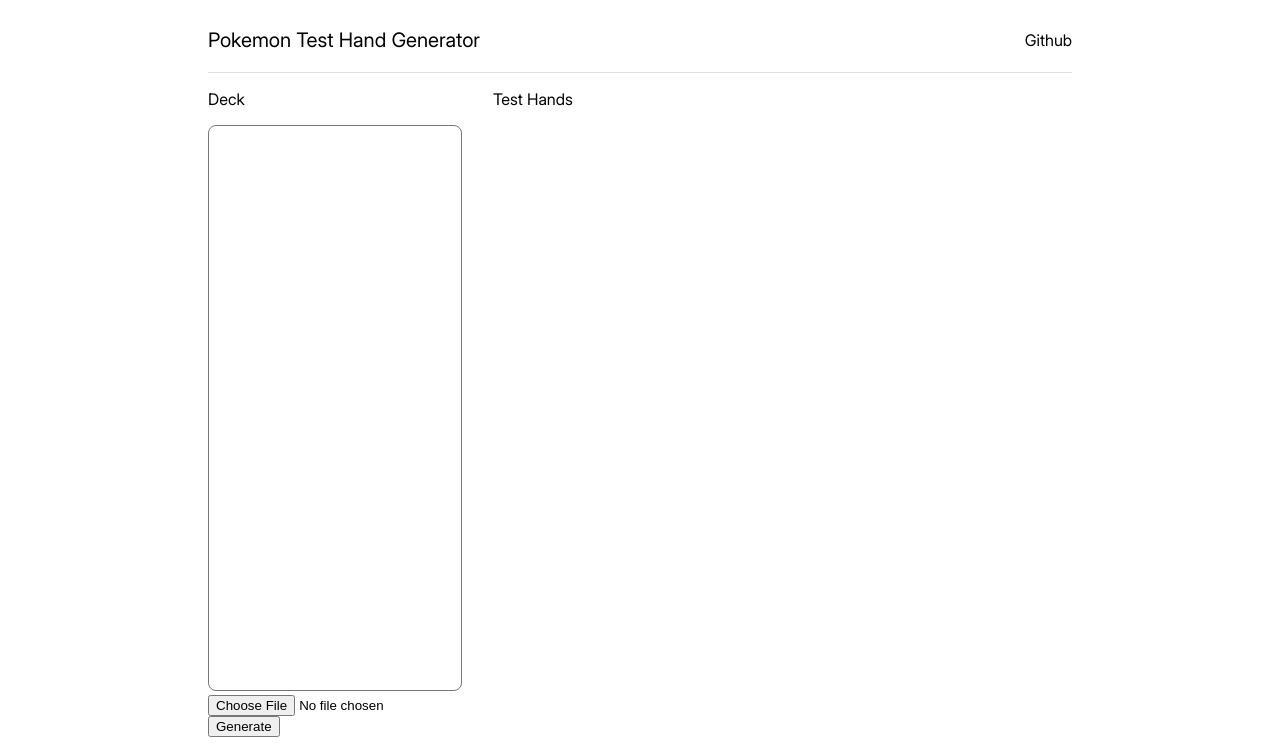
Repository: danielj1415/test-hand-simulator
Page: /
These files come from the project's save history. The page is drawn as it stood at one moment and after the next save; the edit follows.
The browser window is 1280 px wide. The pictures show the whole page.
The project was rebuilt for these pictures with package versions that can differ from the ones it lists, and the page was loaded fresh each time. Also part of the build but not shown: vite.config.ts, src/index.css.

Above is the page before, as saved 2024-10-31 22:20:23.

### src/App.tsx
import { useState, useEffect } from 'react';
import './App.css';

function App() {
  const [deckList, setDeckList] = useState({
    deck: ''
  });
  const [selectedFile, setSelectedFile] = useState<File | null>(null);
  const [sampleHands, setSampleHands] = useState<string[][]>([]); // Holds multiple test hands
  const [showScrollTop, setShowScrollTop] = useState(false); // Controls the visibility of the scroll-to-top button

  const handleChange = (e: React.ChangeEvent<HTMLTextAreaElement>) => {
    const { name, value } = e.target;
    setDeckList((prevData) => ({
      ...prevData,
      [name]: value
    }));
  };

  const handleFileChange = (e: React.ChangeEvent<HTMLInputElement>) => {
    const file = e.target.files ? e.target.files[0] : null;
    setSelectedFile(file);

    if (file) {
      const reader = new FileReader();
      reader.onload = (event) => {
        const fileContent = event.target?.result as string;
        setDeckList((prevData) => ({
          ...prevData,
          deck: fileContent
        }));
      };
      reader.readAsText(file);
    }
  };

  const parseDeck = () => {
    return deckList.deck
      .split('\n')
      .filter(line => line.trim() !== '' && !/^(Pokémon:|Trainer:|Energy:|Total Cards:)/.test(line))
      .flatMap(line => {
        const match = line.match(/^(\d+)\s+(.+)$/);
        if (match) {
          const quantity = parseInt(match[1], 10);
          const cardName = match[2];
          return Array(quantity).fill(cardName);
        }
        return [line];
      });
  };

  const handleSubmit = (e: React.FormEvent) => {
    e.preventDefault();

    const cardArray = parseDeck();

    if (cardArray.length < 7) {
      alert("Deck must contain at least 7 cards to generate a hand.");
      return;
    }

    const shuffledDeck = cardArray.sort(() => 0.5 - Math.random());
    const hand = shuffledDeck.slice(0, 7);

    setSampleHands((prevHands) => [...prevHands, hand]);
  };

  // Show scroll-to-top button when user scrolls down
  useEffect(() => {
    const handleScroll = () => {
      setShowScrollTop(window.scrollY > 300); // Show button when scrolled 300px
    };

    window.addEventListener('scroll', handleScroll);
    return () => window.removeEventListener('scroll', handleScroll);
  }, []);

  // Function to scroll to top smoothly
  const scrollToTop = () => {
    window.scrollTo({
      top: 0,
      behavior: 'smooth'
    });
  };

  return (
    <div>
      <div className="mainContainer">
        <div className="navigationBar">
          <p className="headerTextBold">Pokemon Test Hand Generator</p>
          <p className="headerText">Github</p>
        </div>
        <div className="divider"/>
        <div className="mainBody">
          <div className="inputDeck">
            <p className="mainText">Deck</p>
            <form onSubmit={handleSubmit}>
              <div>
                <label htmlFor="deck"></label>
                <textarea
                  className="deckInputDiv"
                  id="deck"
                  name="deck"
                  value={deckList.deck}
                  onChange={handleChange}
                />
              </div>
              <div>
                <input
                  type="file"
                  onChange={handleFileChange}
                />
              </div>
              <button className="generateButton" type="submit">Generate</button>
            </form>
          </div>
          <div className="testHands">
          <div className = "topRow">
          <p className="mainText">Test Hands</p>
          </div>
            {sampleHands.map((hand, handIndex) => (
              <div key={handIndex} className="cardRow">
                {hand.map((card, index) => (
                  <div key={index} className="card">
                    {card}
                  </div>
                ))}
              </div>
            ))}
          </div>
        </div>
      </div>

      {/* Scroll-to-Top Button */}
      {showScrollTop && (
        <button className="scrollTopButton" onClick={scrollToTop}>
          ⬆️ {/* You can replace this with an SVG icon or another arrow style */}
        </button>
      )}
    </div>
  );
}

export default App;

### src/App.css

@import "./fonts.css";

.mainContainer{
  margin-left: 200px;
  margin-right: 200px;
}

.navigationBar{
  display: flex;
  align-items:center;
  justify-content: space-between;
}

.headerText{
  font-size: 16px;
  font-family: "Inter";
}

.mainText{
  font-size: 16px;
  font-family: "Inter";
}

.headerTextBold{
  font-size: 20px;
  font-family: "Inter";
}

.divider{
  width: 100%;
  height: 1px;
  background-color: rgb(224, 224, 224);
}

.mainBody{
  display: flex;
  justify-content: space-between;
}

.inputDeck{
  width: 33%;
  border-radius: 8px;
}

.testHands{
  width: 100%;
  border-radius: 8px;
  margin-left: 32px;
}

.deckInputDiv{
  width: 98%;
  height: 560px;
  resize: none;
  border-radius: 8px;
  font-family: "Inter";
}

.generateButton{

}

.cardRow {
  display: flex;
  gap: 16px; /* Adds space between each card */
  flex-wrap: wrap; /* Allows cards to wrap to the next line if needed */
  margin-bottom: 16px;
}

.card {
  background-color: #a9a9a9;
  border-radius: 8px;
  padding: 16px;
  width: 108px;
  text-align:start;
  box-shadow: 0 4px 6px rgba(0, 0, 0, 0.1);
  font-size: 16px;
  height: 184px;
  font-family: "Inter";
}

.scrollTopButton {
  position: fixed;
  bottom: 20px;
  right: 20px;
  background-color: #007bff;
  color: white;
  border: none;
  border-radius: 50%;
  padding: 12px;
  padding-left: 16px;
  padding-right: 16px;
  font-size: 24px;
  cursor: pointer;
  box-shadow: 0 4px 6px rgba(0, 0, 0, 0.1);
  transition: opacity 0.3s ease;
}

.scrollTopButton:hover {
  background-color: #0056b3;
}

.topRow{
  display: flex;
  align-items: center;
}

@media ((max-height: 920px) and (min-height: 800px)) {
  .deckInputDiv{
    width: 98%;
    height: 660px;
    resize: none;
    border-radius: 8px;
    font-family: "Inter";
  }
}

### src/fonts.css
@font-face {
    font-family: "Inter";
    src: url("/src/assets/fonts/Inter_28pt-Regular.ttf");
  }

Loaded but not shown: index.html (common file); src/main.tsx (common file)

After the next save:
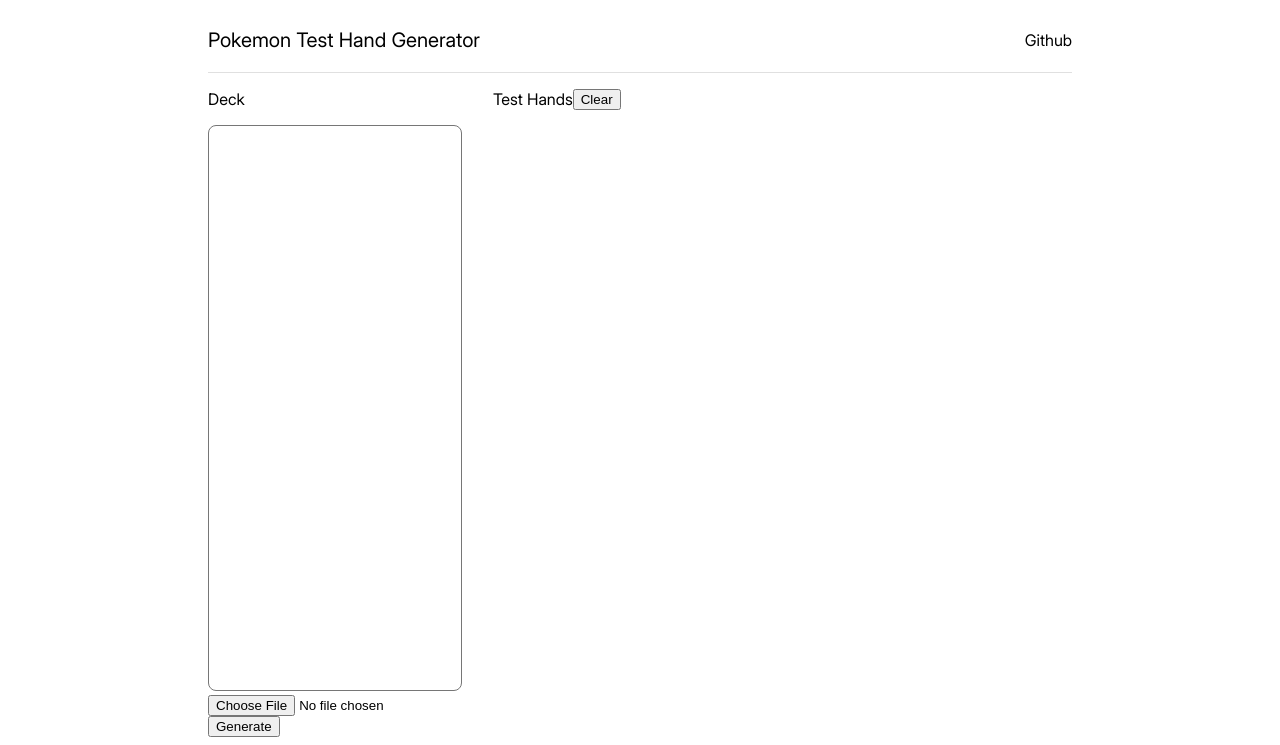
Saved 16 s later.
--- a/src/App.tsx
+++ b/src/App.tsx
@@ -117,6 +117,7 @@
           <div className="testHands">
           <div className = "topRow">
           <p className="mainText">Test Hands</p>
+          <button>Clear</button>
           </div>
             {sampleHands.map((hand, handIndex) => (
               <div key={handIndex} className="cardRow">
